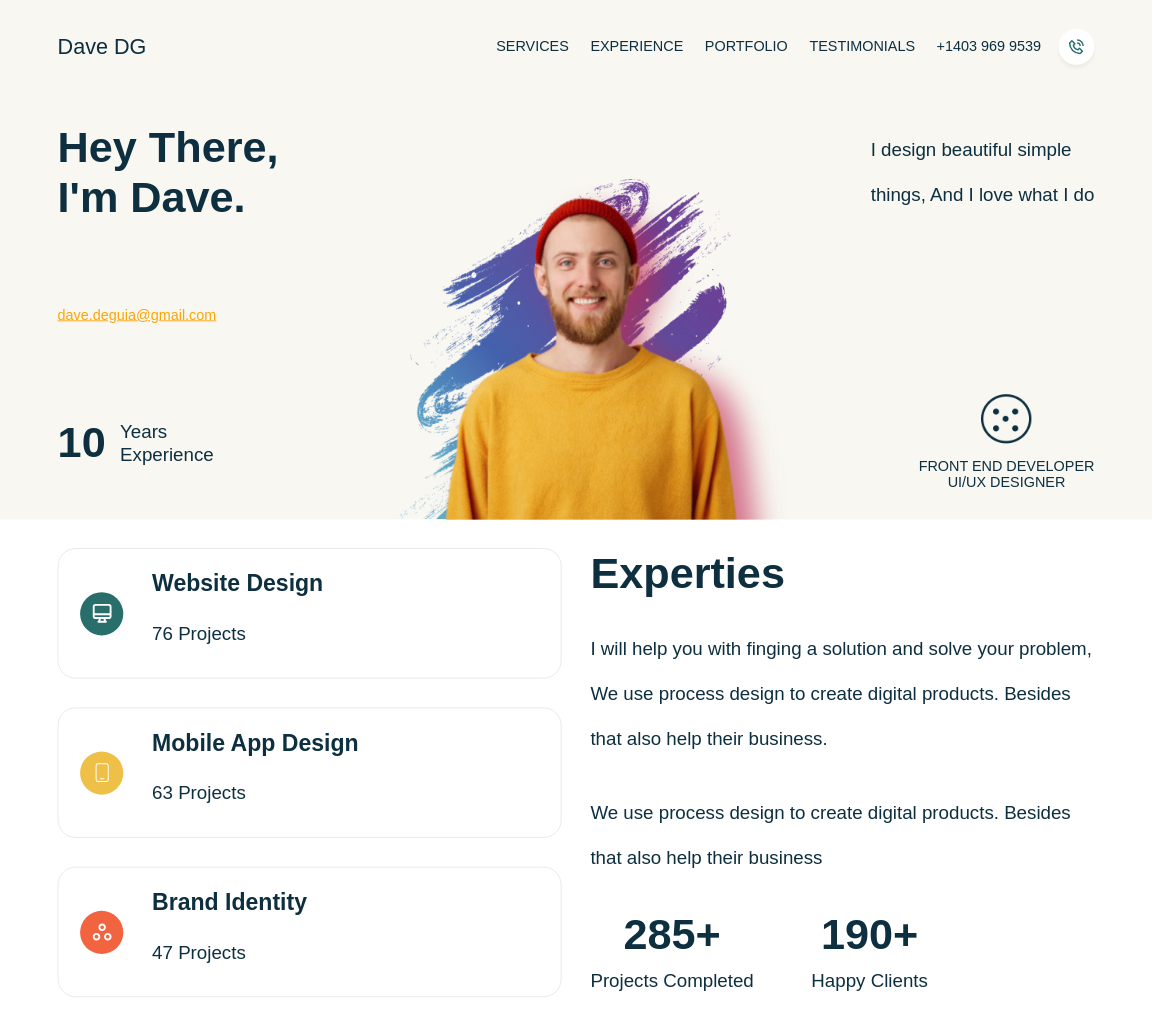
Repository: davedeguia/framer-motion-portfolio
Page: /
These files come from the project's save history. The page is drawn as it stood at one moment and after the next save; the edit follows.
The browser window is 1280 px wide. The pictures show the whole page, at 90% of full size.
Some web fonts or font styles are not loaded; a fallback is used. The project was rebuilt for these pictures with package versions that can differ from the ones it lists, and the page was loaded fresh each time. Also part of the build but not shown: vite.config.js.

Above is the page before, as saved 2023-02-10 16:42:57.

### index.html
<!DOCTYPE html>
<html lang="en">
  <head>
    <meta charset="UTF-8" />
    <link rel="icon" type="image/svg+xml" href="/vite.svg" />
    <meta name="viewport" content="width=device-width, initial-scale=1.0" />
    <link rel="stylesheet" href="https://stijndv.com/fonts/Eudoxus-Sans.css" />
      <title>Dave DG</title>
  </head>
  <body>
    <div id="root"></div>
    <script type="module" src="/src/main.jsx"></script>
  </body>
</html>

### src/main.jsx
import React from 'react'
import ReactDOM from 'react-dom/client'
import App from './App'
import './styles/index.css'
import './styles/global.scss'

ReactDOM.createRoot(document.getElementById('root')).render(
  <React.StrictMode>
    <App />
  </React.StrictMode>
)

### src/App.jsx
import Experties from './components/Experties/Experties'
import Header from './components/Header/Header'
import Hero from './components/Hero/Hero'
import css from './styles/app.module.scss'

const App = () => {
  return (
    <div className={`bg-primary ${css.container}`}>
      <Header />
      <Hero />
      <Experties />
    </div>
  )
}

export default App

### src/styles/index.css
* {
    margin: 0;
    padding: 0;
    box-sizing: border-box;
    scroll-behavior: smooth;
    font-family: "Eudoxus Sans", sans-serif;
  }

### src/styles/global.scss
@import './constants.scss';

.bg-primary {
  background: #F8F7F1;
}

.innerWidth {
  @media (min-width: $xxl) {
    max-width: 1280px;
    margin: auto;
  }

  width: 100%;
}

.paddings {
  @media (min-width: $sm) {
    padding: 4rem;
  }


  @media (min-width: $xl),
  (min-width: $md) {
    padding-top: 2rem;
    padding-bottom: 2rem;
  }

  padding-left: 1.5rem;
  padding-right: 1.5rem;
  padding-top: 1.5rem;
  padding-bottom: 1.5rem;
}



.xPaddings {
  @media (min-width: $sm) {
    padding-left: 4rem;
    padding-right: 4rem;
  }

  padding-left: 1.5rem;
  /* 24px */
  padding-right: 1.5rem;
  /* 24px */
}

.yPaddings {
  @media (min-width: $sm) {
    padding-top: 4rem;
    padding-bottom: 4rem;
  }

  @media (min-width: $xl) {
    padding-top: 2rem;
    padding-bottom: 2rem;
  }

  padding-top: 3rem;
  padding-bottom: 3rem;
}

.topPaddings {
  @media (min-width : $sm) {
    padding-top: 4rem;
  }

  @media (min-width: $xl) {
    padding-top: 2rem;
  }

  padding-top: 3rem;
}


.bottomPaddings {
  @media (min-width : $sm) {
    padding-bottom: 4rem;
  }

  @media (min-width: $xl) {
    padding-bottom: 2rem;
  }

  padding-bottom: 3rem;
}


.flexCenter {
  display: flex;
  justify-content: center;
  align-items: center;
}

.flexStart {
  display: flex;
  justify-content: start;
  align-items: center;
}

.flexEnd {
  display: flex;
  justify-items: end;
}

.primaryText {
  @media (max-width: $sm) {
    font-size: 2.5rem;
  }
  font-size: 3rem;
  font-weight: bold;
}

.secondaryText {
  @media (max-width: $sm) {
    font-size: 1.1rem;
    line-height: 40px;
  }
  line-height: 50px;
  font-size: 1.3rem;
  font-weight: 500
}
.anchor {
  display: block;
  position: relative;
  top: -100px;
  visibility: hidden;
}

### src/components/Experties/Experties.jsx
import React from 'react'
import css from './Experties.module.scss'
import { projectExperience, WhatDoIHelp } from '../../utils/data'
import { motion } from 'framer-motion'

const Experties = () => {
  return (
    <motion.section className={css.wrapper}>
      <div
        className={`paddings yPaddings flexCenter innerWidth ${css.container}`}
      >
        <div className={css.leftSide}>
          {projectExperience.map((exp, i) => {
            return (
              <div className={css.exp} key={i}>
                <div className='flexCenter' style={{ background: exp.bg }}>
                  <exp.icon size={25} color='white' />
                </div>

                <div>
                  <span>{exp.name}</span>
                  <span className='secondaryText'>{exp.projects} Projects</span>
                </div>
              </div>
            )
          })}
        </div>
        <div className={css.rightSide}>
          <span className='primaryText'>Experties </span>
          {WhatDoIHelp.map((paragraph, i) => {
            return (
              <span className='secondaryText' key={i}>
                {paragraph}
              </span>
            )
          })}

          <div className={`flexCenter ${css.stats}`}>
            <div className={`flexCenter ${css.stat}`}>
              <span className='primaryText'>285+</span>
              <span className='secondaryText'>Projects Completed</span>
            </div>

            <div className={`flexCenter ${css.stat}`}>
              <span className='primaryText'>190+</span>
              <span className='secondaryText'>Happy Clients</span>
            </div>
          </div>
        </div>
      </div>
    </motion.section>
  )
}

export default Experties

### src/components/Header/Header.jsx
import React, { useState } from 'react'
import css from './Header.module.scss'
import { BiMenuAltRight, BiPhoneCall } from 'react-icons/bi'
import { motion } from 'framer-motion'
import { getMenuStyles, headerVariants } from '../../utils/motion'
import useHeaderShadow from '../../hooks/useHeaderShadow'

const Header = () => {
  const [menuOpened, setMenuOpened] = useState(false)
  const headerShadow = useHeaderShadow()
  return (
    <motion.div
      initial='hidden'
      whileInView='show'
      variants={headerVariants}
      viewport={{ once: false, amount: 0.25 }}
      className={`paddings ${css.wrapper}`}
      style={{ boxShadow: headerShadow }}
    >
      <div className={`flexCenter innerWidth ${css.container}`}>
        <div className={css.name}>Dave DG</div>
        <ul
          style={getMenuStyles(menuOpened)}
          className={`flexCenter ${css.menu}`}
        >
          <li>
            <a href=''>Services</a>
          </li>

          <li>
            <a href=''>Experience</a>
          </li>

          <li>
            <a href=''>Portfolio</a>
          </li>

          <li>
            <a href=''>Testimonials</a>
          </li>

          <li className={`flexCenter ${css.phone}`}>
            <p>+1403 969 9539</p>
            <BiPhoneCall size={'40px'} />
          </li>
        </ul>
        {/* for medium and small screens */}
        <div
          className={css.menuIcon}
          onClick={() => setMenuOpened((prev) => !prev)}
        >
          <BiMenuAltRight size={30} />
        </div>
      </div>
    </motion.div>
  )
}

export default Header

### src/components/Hero/Hero.jsx
import React from 'react'
import css from './Hero.module.scss'
import { motion } from 'framer-motion'
import { fadeIn, slideIn, staggerContainer } from '../../utils/motion'

const Hero = () => {
  return (
    <section className={`paddings ${css.wrapper}`}>
      <motion.div
        variants={staggerContainer}
        initial='hidden'
        whileInView='show'
        viewport={{ once: false, amount: 0.25 }}
        className={`innerWidth ${css.container}`}
      >
        {/* upper elements */}
        <div className={css.upperElements}>
          <motion.span
            variants={fadeIn('right', 'tween', 0.2, 1)}
            className='primaryText'
          >
            Hey There, <br /> I'm Dave.
          </motion.span>
          <motion.span
            variants={fadeIn('left', 'tween', 0.4, 1)}
            className='secondaryText'
          >
            I design beautiful simple <br /> things, And I love what I do
          </motion.span>
        </div>

        {/* person image */}
        <motion.div
          variants={fadeIn('up', 'tween', 0.3, 1)}
          className={css.person}
        >
          <motion.img
            variants={slideIn('up', 'tween', 0.5, 1.3)}
            src='./person.png'
            alt=''
          />
        </motion.div>

        {/* email */}
        <a className={css.email} href='mailto:dave.deguia@gmail.com'>
          dave.deguia@gmail.com
        </a>

        {/* lower elements */}
        <div className={css.lowerElements}>
          <div className={css.experience}>
            <div className='primaryText'>10</div>
            <div className='secondaryText'>
              <div>Years</div>
              <div>Experience</div>
            </div>
          </div>
          <div className={css.certificate}>
            <img src='./certificate.png' alt='' />
            <span>FRONT END DEVELOPER</span>
            <span>UI/UX DESIGNER</span>
          </div>
        </div>
      </motion.div>
    </section>
  )
}

export default Hero

### src/styles/app.module.scss
@import './constants.scss';

.container{
    overflow-x: clip;
    position: relative;
    color: $primary;

}

### src/components/Experties/Experties.module.scss
@import './../../styles/constants.scss';

.wrapper {
    background: white;

    .container {
        align-items: flex-start;
        gap: 2rem;
        flex-wrap: wrap;
        >div {
            flex: 1;
        }

        .leftSide {
            display: flex;
            flex-direction: column;
            gap: 2rem;

            .exp {
                display: flex;
                align-items: center;
                border: 1px solid $secondary-white;
                border-radius: 20px;
                padding: 1.5rem;
                gap: 2rem;
                transition: all 200ms ease-out;

                &hover {
                    cursor: pointer;
                    box-shadow: 0px 21px 13px rgba(0, 0, 0, 0.04);
                }

                //icon circles
                >:nth-child(1) {
                    padding: 10px;
                    width: 3rem;
                    height: 3rem;
                    border-radius: 999px;
                }

                //description
                >:nth-child(2) {
                    display: flex;
                    flex-direction: column;
                    gap: 1rem;

                    >:nth-child(1) {
                        font-size: 1.6rem;
                        font-weight: bold;
                    }
                }

            }
        }

        .rightSide {
            @media (max-width: $sm) {
                text-align: center;
            }
            display: flex;
            flex-direction: column;
            gap: 2rem;

            .stats {
                justify-content: flex-start;
                gap: 4rem;

                .stat {
                    flex-direction: column;
                    justify-content: flex-start;
                }
            }
        }
    }
}

### src/components/Header/Header.module.scss
@import './../../styles/constants.scss';

.wrapper {
    position: relative;
    z-index: 99;
    opacity: 1;
    transform: none;
    position: sticky;
    top: 0px;
    transition: all 300ms ease;

    .container {
        position: relative;
        justify-content: space-between;
        font-weight: 500;

        .name {
            font-size: 1.5rem;
            font-weight: 500;
        }

        .menu {

            @media (max-width: $sm),
            (max-width: $md) {
                position: absolute;
                list-style: none;
                gap: 2rem;
                font-weight: 500;
                flex-direction: column;
                right: 0;
                top: 3rem;
                height: calc(100vh - 6.3rem);
                width: 50%;
                min-width: 15rem;
                background: white;
                padding: 2rem;
                display: flex;
                border-radius: 10px;
                transition: all 200ms ease;
                align-items: flex-start;
                padding: 3rem;
                justify-content: flex-start;
                box-shadow: 0px 4px 4px rgba(0, 0, 0, 0.05);
            }

            text-transform: uppercase;
            font-size: 1rem;
            list-style: none;
            gap: 1.5rem;
            cursor: pointer;

            li {
                a {
                    color: inherit;
                    text-decoration: none;
                }

                &:hover {
                    color: $secondary;
                }
            }

            .phone {
                gap: 1.2rem;
                flex-wrap: wrap;

                svg {
                    color: $secondary;
                    background-color: white;
                    padding: 10px;
                    border-radius: 999px;
                    box-shadow: 0px 4px 4px rgba(0, 0, 0, 0.05);
                }
            }
        }



        .menuIcon {

            @media (max-width: $sm),
            (max-width: $md) {
                display: block;
            }

            display: none;
        }
    }
}

### src/utils/motion.js
export const headerVariants = {
  hidden: {
    opacity: 0,
    y: -50,
    transition: {
      type: 'spring',
      stiffness: 300,
      damping: 140,
    },
  },
  show: {
    opacity: 1,
    y: 0,
    transition: {
      type: 'spring',
      stiffness: 80,
      delay: 1,
    },
  },
}

export const slideIn = (direction, type, delay, duration) => ({
  hidden: {
    x: direction === 'left' ? '-100%' : direction === 'right' ? '100%' : 0,
    y: direction === 'up' ? '100%' : direction === 'down' ? '100%' : 0,
  },
  show: {
    x: 0,
    y: 0,
    transition: {
      type,
      delay,
      duration,
      ease: 'easeOut',
    },
  },
})

export const staggerContainer = (staggerChildren, delayChildren) => ({
  hidden: {},
  show: {
    transition: {
      staggerChildren,
      delayChildren,
    },
  },
})

export const textVariant = (delay) => ({
  hidden: {
    y: 50,
    opacity: 0,
  },
  show: {
    y: 0,
    opacity: 1,
    transition: {
      type: 'spring',
      duration: 1.25,
      delay,
    },
  },
})

export const textVariant2 = {
  hidden: {
    opacity: 0,
    y: 20,
  },
  show: {
    opacity: 1,
    y: 0,
    transition: {
      type: 'tween',
      ease: 'easeIn',
    },
  },
}

export const fadeIn = (direction, type, delay, duration) => ({
  hidden: {
    x: direction === 'left' ? 100 : direction === 'right' ? -100 : 0,
    y: direction === 'up' ? 100 : direction === 'down' ? -100 : 0,
    opacity: 0,
  },
  show: {
    x: 0,
    y: 0,
    opacity: 1,
    transition: {
      type,
      delay,
      duration,
      ease: 'easeOut',
    },
  },
})

export const zoomIn = (delay, duration) => ({
  hidden: {
    scale: 0,
    opacity: 0,
  },
  show: {
    scale: 1,
    opacity: 1,
    transition: {
      type: 'tween',
      delay,
      duration,
      ease: 'easeOut',
    },
  },
})

export const footerVariants = {
  hidden: {
    opacity: 0,
    y: 50,
    transition: {
      type: 'spring',
      stiffness: 300,
      damping: 140,
    },
  },
  show: {
    opacity: 1,
    y: 0,
    transition: {
      type: 'spring',
      stiffness: 80,
      delay: 0.5,
    },
  },
}

export const staggerChildren = {
  hidden: { opacity: 0 },
  show: {
    opacity: 1,
    transition: {
      staggerChildren: 0.5,
    },
  },
}

export const getMenuStyles = (menuOpened) => {
  if (document.documentElement.clientWidth <= 640) {
    return { right: !menuOpened && '-100%' }
  }
}

### src/components/Hero/Hero.module.scss
@import './../../styles/constants.scss';

.wrapper {
    overflow: hidden;

    .container {
        position: relative;
        z-index: 1;

        .upperElements {
            @media (max-width: $sm) {
                justify-content: center;
                text-align: center;
                gap: 2rem;
            }
            display: flex;
            align-items: center;
            justify-content: space-between;
            flex-wrap: wrap;
        }

        .lowerElements {
            @media (max-width: $sm), (max-width: $md) {
                margin-top: 4rem;
                gap: 2rem;
                justify-content: center;
            }
            margin-top: 12rem;
            display: flex;
            flex-wrap: wrap;
            justify-content: space-between;

            .experience {
                display: flex;
                align-items: center;
                gap: 1rem;

                >:nth-child(2) {
                    line-height: 25px;
                }
            }

            .certificate {
                display: flex;
                flex-direction: column;
                align-items: center;

                img {
                    margin-bottom: 1rem;
                    width: 3.5rem;
                }
            }
        }

        .person {
            @media (max-width: $sm), (max-width: $md) {
                position: relative;
                left: 0;
                background-size: 20rem;
                display: flex;
                align-items: center;
                justify-content: center;
                background-position: bottom;
            }
            position: absolute;
            bottom: -2rem;
            margin: auto;
            background-image: url('../splash.png');
            background-repeat: no-repeat;
            background-size: 23rem;
            left: 33%;

            img {
                @media (max-width: $sm) {
                    width: 23rem;
                }
                margin-bottom: -5px;
            }
        }

        .email {
            @media (max-width: $sm) {
                position: relative;
                display: none;
            }
            position: absolute;
            top: 50%;
            color: orange;
            left: 0;
        }
    }
}

Loaded but not shown: src/styles/constants.scss (common file); src/hooks/useHeaderShadow.jsx (common file); src/utils/data.js (156 lines, source omitted)

After the next save:
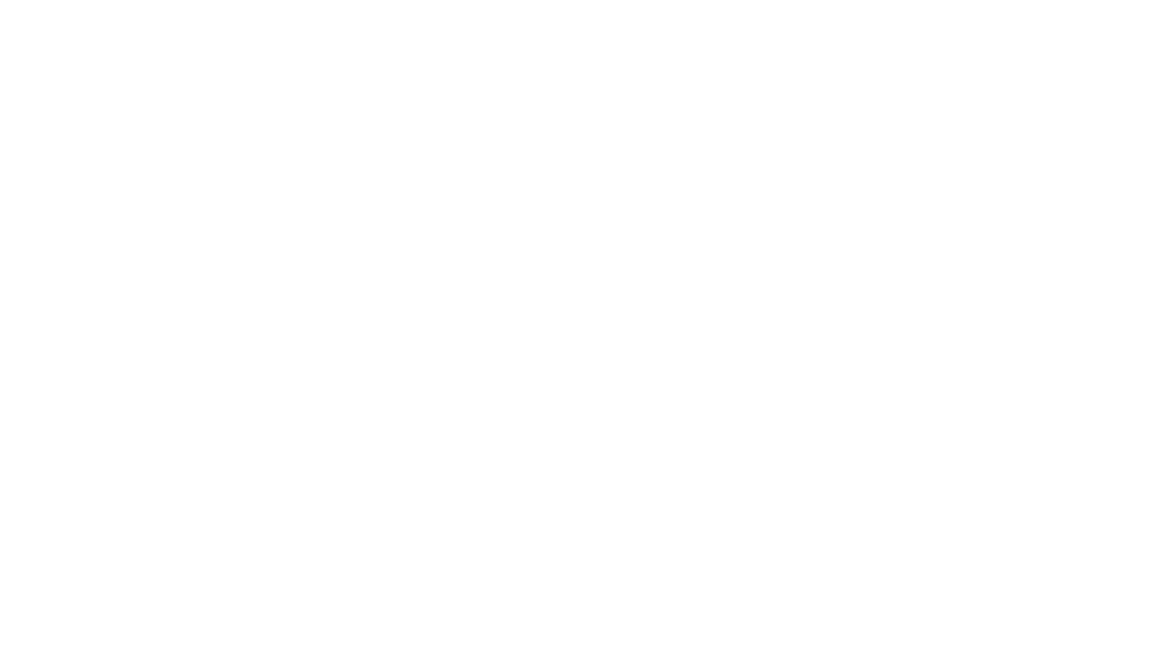
Console error: ReferenceError: staggerContainer is not defined
Saved 96 s later.
--- a/src/components/Experties/Experties.jsx
+++ b/src/components/Experties/Experties.jsx
@@ -5,7 +5,13 @@ import { motion } from 'framer-motion'
 
 const Experties = () => {
   return (
-    <motion.section className={css.wrapper}>
+    <motion.section
+      variants={staggerContainer}
+      initial='hidden'
+      whileInView='show'
+      viewport={{ once: false, amount: 0.25 }}
+      className={css.wrapper}
+    >
       <div
         className={`paddings yPaddings flexCenter innerWidth ${css.container}`}
       >

After the save that followed:
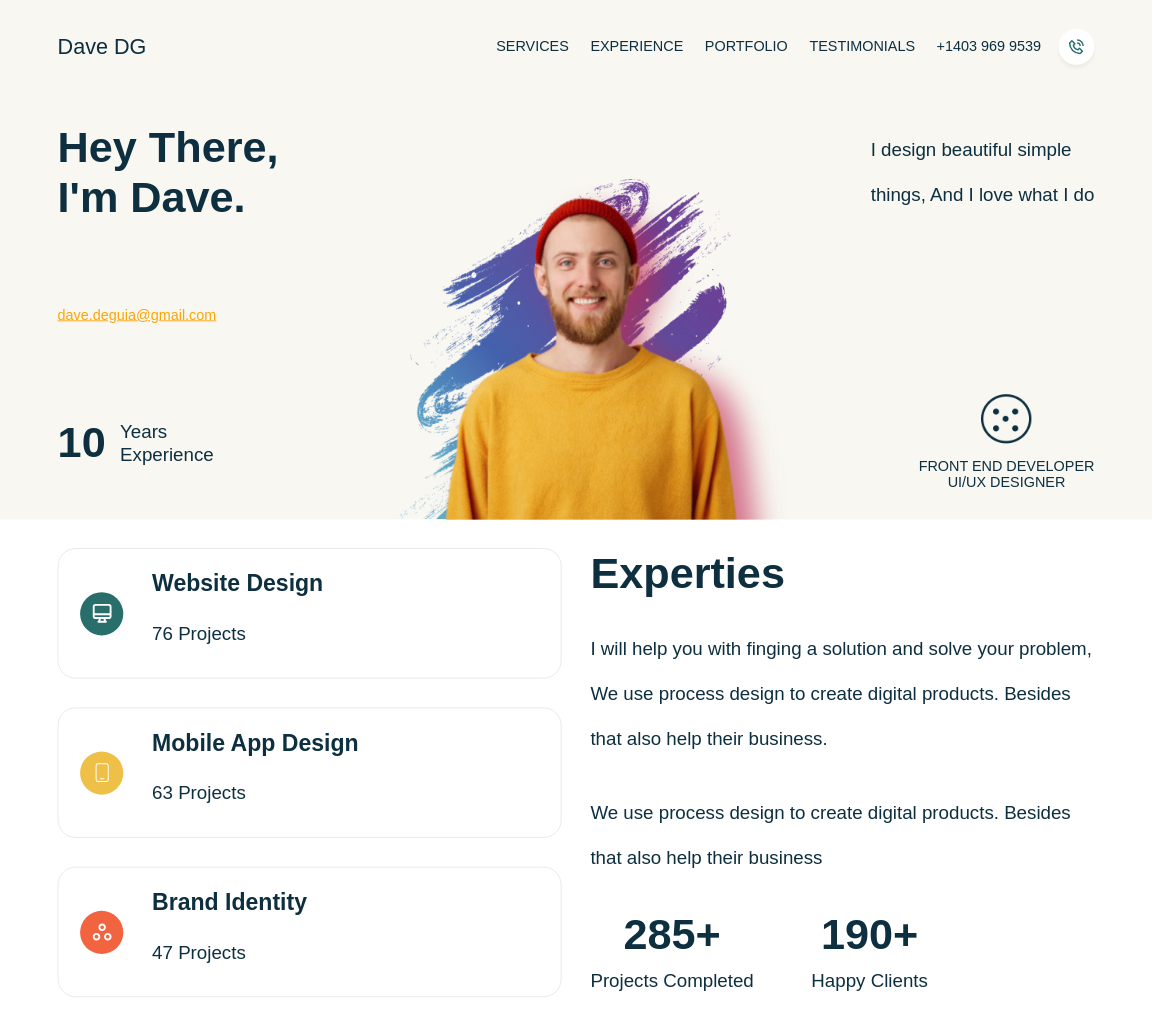
The error is gone.
Saved 2 min 53 s later.
--- a/src/components/Experties/Experties.jsx
+++ b/src/components/Experties/Experties.jsx
@@ -2,6 +2,7 @@ import React from 'react'
 import css from './Experties.module.scss'
 import { projectExperience, WhatDoIHelp } from '../../utils/data'
 import { motion } from 'framer-motion'
+import { staggerContainer } from '../../utils/motion.js'
 
 const Experties = () => {
   return (
